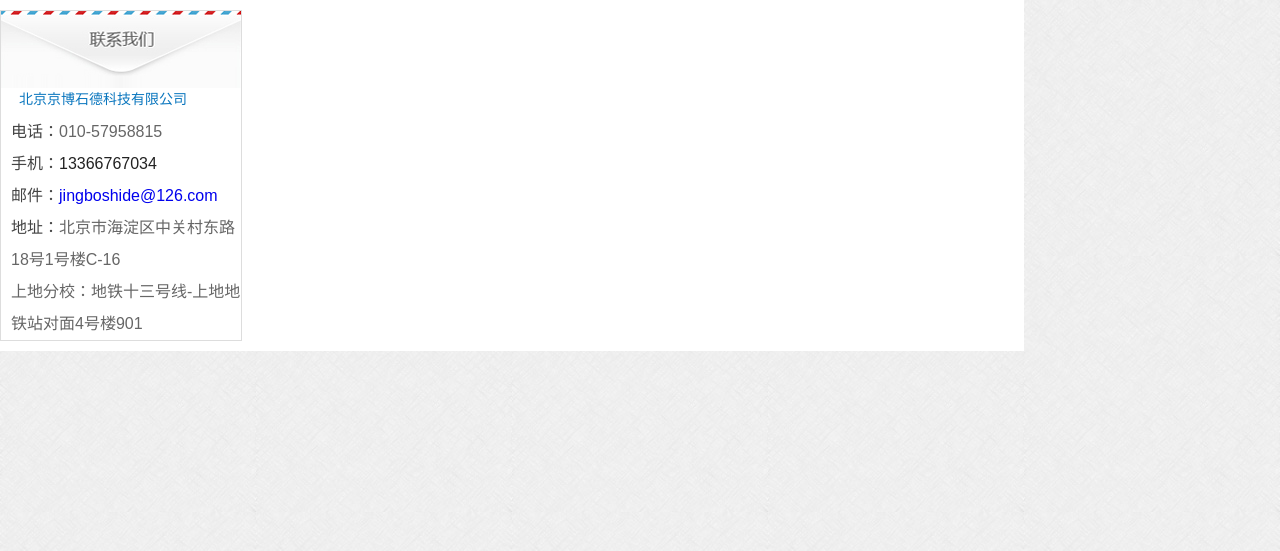
Repository: wzhcxw/shop
Page: ShopOnline/WebContent/about.html
An editor plug-in stored every save of this project. The page is shown before and after the next save, followed by the edit.
The browser window is 1280 px wide. The pictures show the whole page.

Above is the page before, as saved 2014-10-02 23:29:47.

### ShopOnline/WebContent/about.html
<!DOCTYPE HTML>
<html>
<head>
<title>公司简介</title>
<meta http-equiv="Content-Type" content="text/html; charset=utf-8" />
<meta name="viewport"
	content="width=device-width, initial-scale=1, maximum-scale=1">
<link href="./css/style.css" rel="stylesheet" type="text/css"
	media="all" />
<link href="./css/slider.css" rel="stylesheet" type="text/css"
	media="all" />
<link href="./css/menu.css" rel="stylesheet" type="text/css" media="all" />
<script type="text/javascript" src="./js/jquery-1.7.2.min.js"></script>
<script type="text/javascript" src="./js/script.js"></script>
<script type="text/javascript" src="./js/nav.js"></script>
<script type="text/javascript" src="./js/move-top.js"></script>
<script type="text/javascript" src="./js/easing.js"></script>
<script type="text/javascript" src="./js/nav-hover.js"></script>
</head>
<body>

	<div class="main" >
		<div class="content">
		  <div class = "section group">
				<div class="left_frame">
				     <div class="a_4"> <img src="./static/images/lxwm.jpg" width= "17%" height="77" />
					     <span style="font-size: 14px;">北京京博石德科技有限公司</span>
							<p>
							<font color="#444444">电话：</font>010-57958815<br />
							<font color="#444444">手机：</font><font color="#222222">13366767034</font><br />
							<font color="#444444">邮件：</font><a href="mailto:jingboshide@126.com">jingboshide@126.com</a><br />
							<font color="#444444">地址：</font>北京市海淀区中关村东路18号1号楼C-16<br />
							上地分校：地铁十三号线-上地地铁站对面4号楼901</p>
				      </div>
				</div>



				<div class="right_frame">




				</div>




			</div>
		</div>
	</div>

</body>
</html>

### ShopOnline/WebContent/css/slider.css
*{
	margin:0;
	padding:0;
}
#slideshow{
	height:355px;
	position:relative;
	width:100%;
	z-index:1;
}
#slideshow ul{
	height:342px;
	left:0px;
	list-style:none outside none;
	overflow:hidden;
	position:absolute;
	top:10px;
	width:100%;
}
#slideshow li{
	position:absolute;
	display:none;
	z-index:10;
}
#slideshow li:first-child{
	display:block;
	z-index:1000;
}
#slideshow .slideActive{
	z-index:1000;
}
#slideshow canvas{
	display:none;
	position:absolute;
	z-index:100;
}
#slideshow .arrow{
	height:50px;
	width:33px;
	position:absolute;
	background:url(../images/arrows.png) no-repeat;
	top:50%;
	margin-top:-10px;
	cursor:pointer;
	z-index:5000;
}
#slideshow .previous{ background-position:left top;left:0px;}
#slideshow .previous:hover{ background-position:left bottom;}

#slideshow .next{ background-position:right top;right:0px;}
#slideshow .next:hover{ background-position:right bottom;}

### ShopOnline/WebContent/css/menu.css
/* dCodes Framework:(c) TemplateAccess */
ul.dc_mm-orange, ul.dc_mm-orange li {
	border: none;
	list-style: none;
}

ul.dc_mm-orange {
	background: #414045;
	background: -moz-linear-gradient(top, #414045 55%, #2f2e33 100%);
	background: -webkit-gradient(linear, left top, left bottom, color-stop(55%, #414045),
		color-stop(100%, #2f2e33));
	background: -webkit-linear-gradient(top, #414045 55%, #2f2e33 100%);
	background: -o-linear-gradient(top, #414045 55%, #2f2e33 100%);
	background: -ms-linear-gradient(top, #414045 55%, #2f2e33 100%);
	background: linear-gradient(to bottom, #414045 55%, #2f2e33 100%);
	filter: progid:DXImageTransform.Microsoft.gradient( startColorstr='#414045',
		endColorstr='#2f2e33', GradientType=0);
	font: normal 13px Arial, sans-serif;
	padding: 0;
	position: relative;
	width: 1024px;
}

ul.dc_mm-orange li ul {
	display: none;
}

ul.dc_mm-orange .sub {
	display: none;
}

ul.dc_mm-orange .sub ul {
	display: block;
}

ul.dc_mm-orange li {
	float: left;
	margin: 0;
	padding: 0;
}

ul.dc_mm-orange li a {
	color: #fff;
	display: block;
	float: left;
	font-size: 15px;
	padding: 20px 32px;
	text-decoration: none;
	text-shadow: 1px 1px 1px #000;
	text-transform: uppercase;
	font-family: 'Doppio One', sans-serif;
	border-left: 2px groove #636363;
}

ul.dc_mm-orange li a.dc-mega {
	position: relative;
}

ul.dc_mm-orange li a .dc-mega-icon {
	background: url(../images/down-arrow.png) no-repeat 0 0;
	display: block;
	height: 6px;
	position: absolute;
	right: 15px;
	top: 25px;
	width: 8px;
}

ul.dc_mm-orange li.mega-hover a, ul.dc_mm-orange li a:hover {
	color: #FFF;
	filter: progid:DXImageTransform.Microsoft.gradient(startColorstr='#70389c',
		endColorstr='#602d8d');
	background: -webkit-gradient(linear, left top, left bottom, from(#70389C),
		to(#602D8D));
	background: -moz-linear-gradient(top, #70389C, #602D8D);
	background: -o-linear-gradient(top, #70389C, #602D8D);
	background: -ms-linear-gradient(top, #70389C, #602D8D);
}

ul.dc_mm-orange li .sub-container {
	background: #F0F0F0;
	margin-left: -3px;
	padding-left: 20px;
	position: absolute;
	margin-top: 10px;
	box-shadow: 0px 0px 3px rgb(150, 150, 150);
}

ul.dc_mm-orange li .sub {
	padding: 20px 20px 20px 10px;
}

ul.dc_mm-orange li .sub-container.mega .sub {
	padding: 5px 20px 10px 0;
}

ul.dc_mm-orange li .sub .row {
	clear: both;
	overflow: hidden;
	width: 100%;
}

ul.dc_mm-orange li .sub li {
	float: none;
	font-size: 1em;
	font-weight: normal;
	list-style: none;
	width: 170px;
}

ul.dc_mm-orange li .sub li.mega-hdr {
	float: left;
	margin: 0 10px 10px 0;
}

ul.dc_mm-orange li .sub li.mega-hdr.last {
	margin-right: 0;
}

ul.dc_mm-orange li .sub a {
	background: none;
	border: none;
	color: #111;
	display: block;
	float: none;
	font-size: 0.9em;
	padding: 7px 10px;
	text-decoration: none;
	text-shadow: none;
}

ul.dc_mm-orange li .sub li.mega-hdr a.mega-hdr-a {
	filter: progid:DXImageTransform.Microsoft.gradient(startColorstr='#70389c',
		endColorstr='#602d8d');
	background: -webkit-gradient(linear, left top, left bottom, from(#70389C),
		to(#602D8D));
	background: -moz-linear-gradient(top, #70389C, #602D8D);
	background: -o-linear-gradient(top, #70389C, #602D8D);
	background: -ms-linear-gradient(top, #70389C, #602D8D);
	color: #fff;
	font-weight: bold;
	margin-bottom: 5px;
	padding: 5px 5px 5px 15px;
	font-family: Arial, Helvetica, sans-serif;
	text-transform: uppercase;
}

ul.dc_mm-orange li .sub li.mega-hdr a.mega-hdr-a:hover {
	color: #FFF;
}

ul.dc_mm-orange .sub li.mega-hdr li a {
	background: url(../images/drop_arrow.png) no-repeat 5px 8px;
	font-weight: normal;
	padding: 4px 5px 4px 20px;
}

ul.dc_mm-orange .sub li.mega-hdr li a:hover {
	background: #CCC9C9 url(../images/drop_arrow-hover.png) no-repeat 5px
		8px;
	color: #602D8D;
	text-decoration: none;
}

ul.dc_mm-orange .sub ul li {
	padding-right: 0;
}

ul.dc_mm-orange li .sub-container.non-mega .sub {
	padding: 5px 20px 20px 0;
}

ul.dc_mm-orange li .sub-container.non-mega li {
	margin: 0;
	padding: 0;
	width: 190px;
}

ul.dc_mm-orange li .sub-container.non-mega li a {
	background: url(../images/drop_arrow.png) no-repeat 7px 10px;
	padding: 7px 5px 7px 22px;
}

ul.dc_mm-orange li .sub-container.non-mega li a:hover {
	background: #CCC9C9 url(../images/drop_arrow-hover.png) no-repeat 7px
		10px;
	color: #602D8D;
}

Loaded but not shown: ShopOnline/WebContent/js/jquery-1.7.2.min.js (library); ShopOnline/WebContent/js/nav.js (library); ShopOnline/WebContent/js/easing.js (140 lines, source omitted); ShopOnline/WebContent/js/script.js (177 lines, source omitted); ShopOnline/WebContent/js/move-top.js (5 lines, source omitted); ShopOnline/WebContent/js/nav-hover.js (2 lines, source omitted); ShopOnline/WebContent/css/style.css (2066 lines, source omitted)

After the next save:
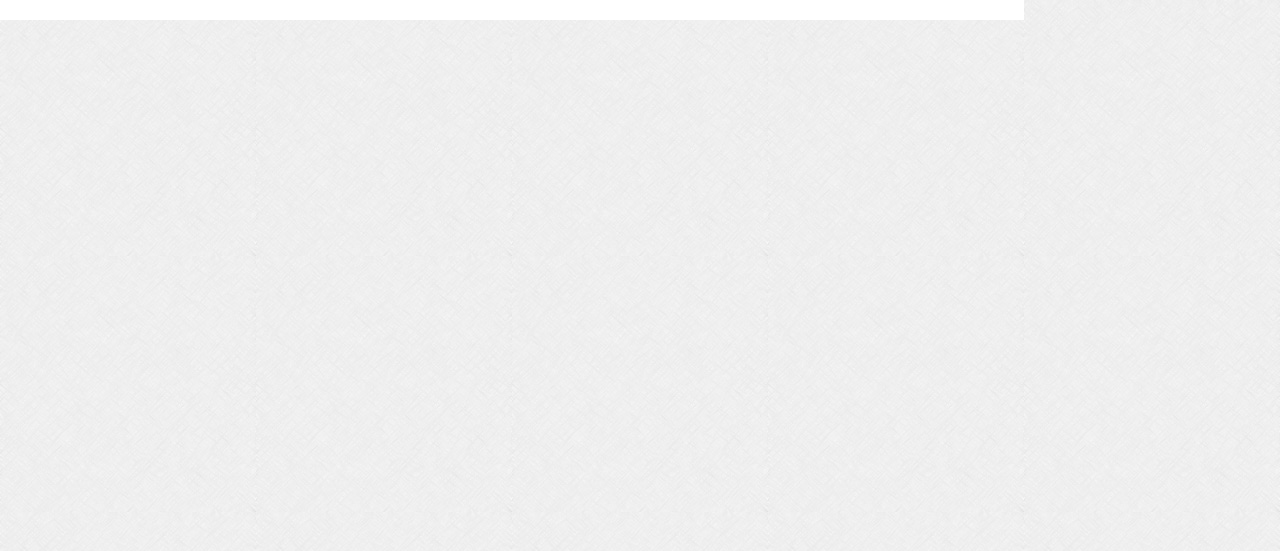
Saved 2 min 42 s later.
--- a/ShopOnline/WebContent/about.html
+++ b/ShopOnline/WebContent/about.html
@@ -23,16 +23,7 @@
 		<div class="content">
 		  <div class = "section group">
 				<div class="left_frame">
-				     <div class="a_4"> <img src="./static/images/lxwm.jpg" width= "17%" height="77" />
-					     <span style="font-size: 14px;">北京京博石德科技有限公司</span>
-							<p>
-							<font color="#444444">电话：</font>010-57958815<br />
-							<font color="#444444">手机：</font><font color="#222222">13366767034</font><br />
-							<font color="#444444">邮件：</font><a href="mailto:jingboshide@126.com">jingboshide@126.com</a><br />
-							<font color="#444444">地址：</font>北京市海淀区中关村东路18号1号楼C-16<br />
-							上地分校：地铁十三号线-上地地铁站对面4号楼901</p>
-				      </div>
-				</div>
+
 
 
 
